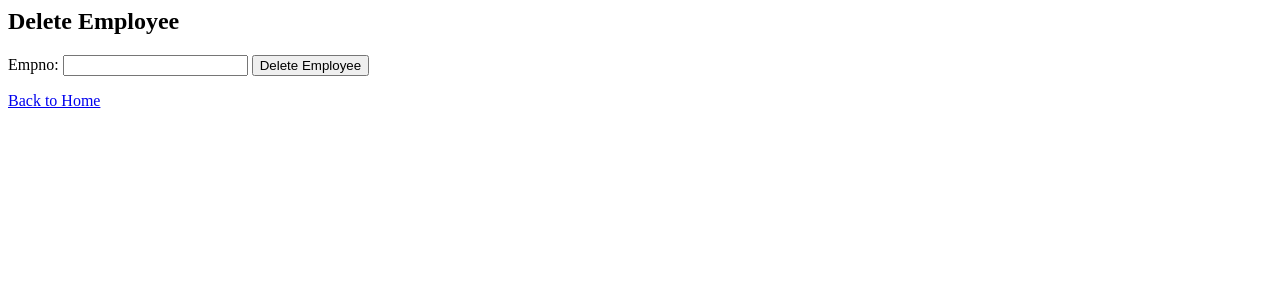
Repository: KUSUMA-74/Advance-JavaProject
Page: http://localhost/EmployeeWebApp/empdelete.jsp
The author's editor kept a copy of each file at every save. The page is drawn from the files as they stood at one save, then again after the next save.
The browser window is 1280 px wide. The pictures show the whole page.
The page is served by Tomcat 9. Other server files are loaded and not shown.

Above is the page before, as saved 2025-05-30 05:26:15.

### EmployeeWebApp/src/main/webapp/empdelete.jsp
<html>
<head><title>Delete Employee</title></head>
<body>
<h2>Delete Employee</h2>
<form action="DeleteEmployeeServlet" method="post">
    Empno: <input type="number" name="empno" required />
    <input type="submit" value="Delete Employee" />
</form>
<a href="index.jsp">Back to Home</a>
</body>
</html>

After the next save:
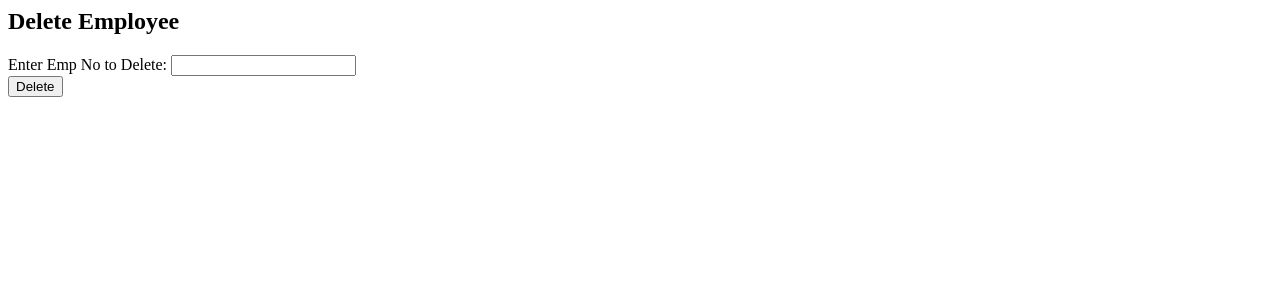
Saved 10 s later.
--- a/EmployeeWebApp/src/main/webapp/empdelete.jsp
+++ b/EmployeeWebApp/src/main/webapp/empdelete.jsp
@@ -1,11 +1,11 @@
+<%@ page language="java" contentType="text/html; charset=UTF-8" %>
 <html>
 <head><title>Delete Employee</title></head>
 <body>
-<h2>Delete Employee</h2>
-<form action="DeleteEmployeeServlet" method="post">
-    Empno: <input type="number" name="empno" required />
-    <input type="submit" value="Delete Employee" />
-</form>
-<a href="index.jsp">Back to Home</a>
+    <h2>Delete Employee</h2>
+    <form action="DeleteEmployeeServlet" method="post">
+        Enter Emp No to Delete: <input type="number" name="empno" required><br>
+        <input type="submit" value="Delete">
+    </form>
 </body>
 </html>
